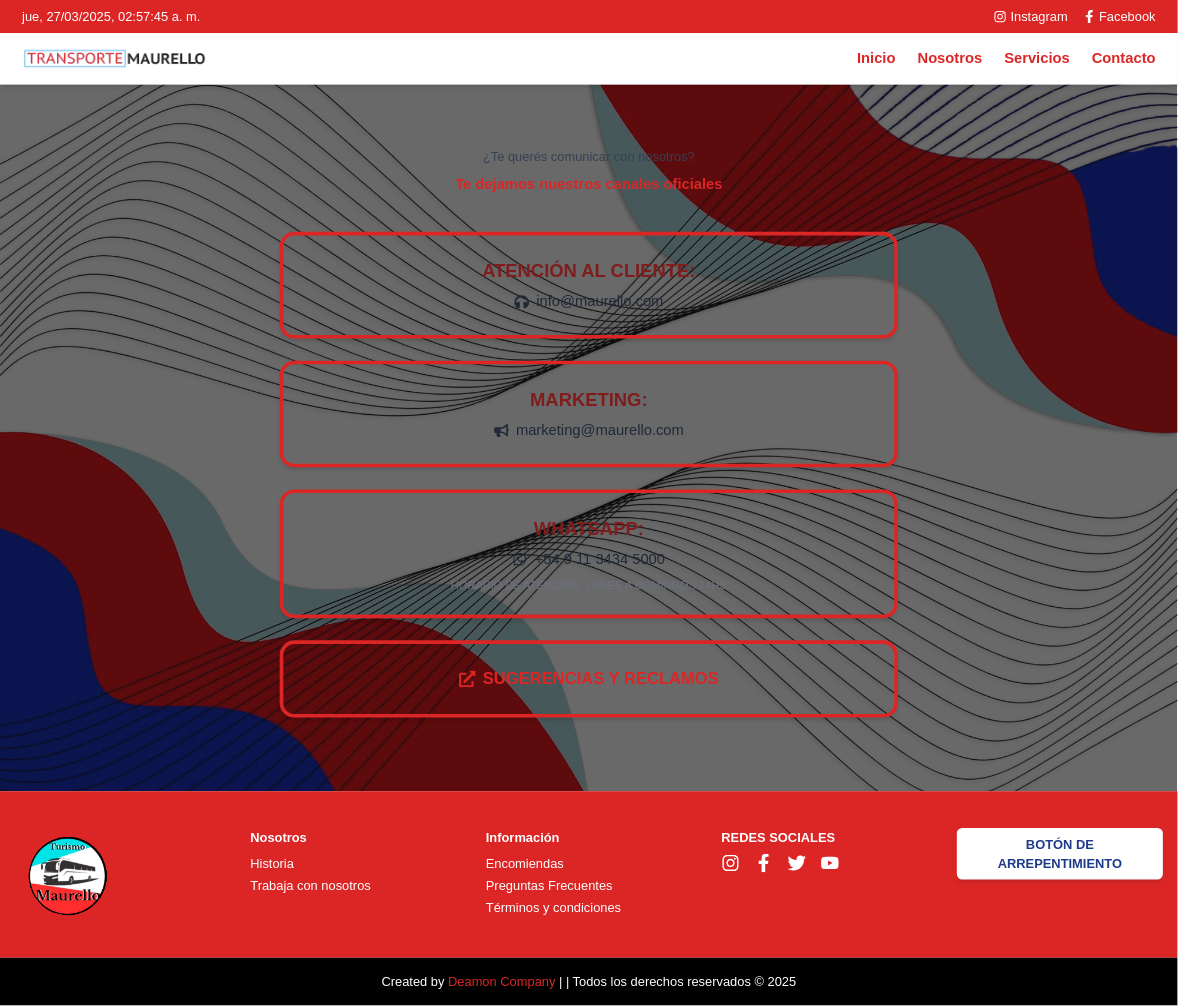
Repository: francoluca35/empresacolectivo
Page: /Contacto
These files come from the project's save history. The page is drawn as it stood at one moment and after the next save; the edit follows.
The browser window is 1280 px wide. The pictures show the whole page, at 92% of full size.
The project was rebuilt for these pictures with package versions that can differ from the ones it lists, and the page was loaded fresh each time. The framework's server and built-in components were replaced by stand-ins that run in the browser. Also part of the build but not shown: next.config.js, next.config.mjs.

Above is the page before, as saved 2025-03-27 03:06:36.

After the next save:
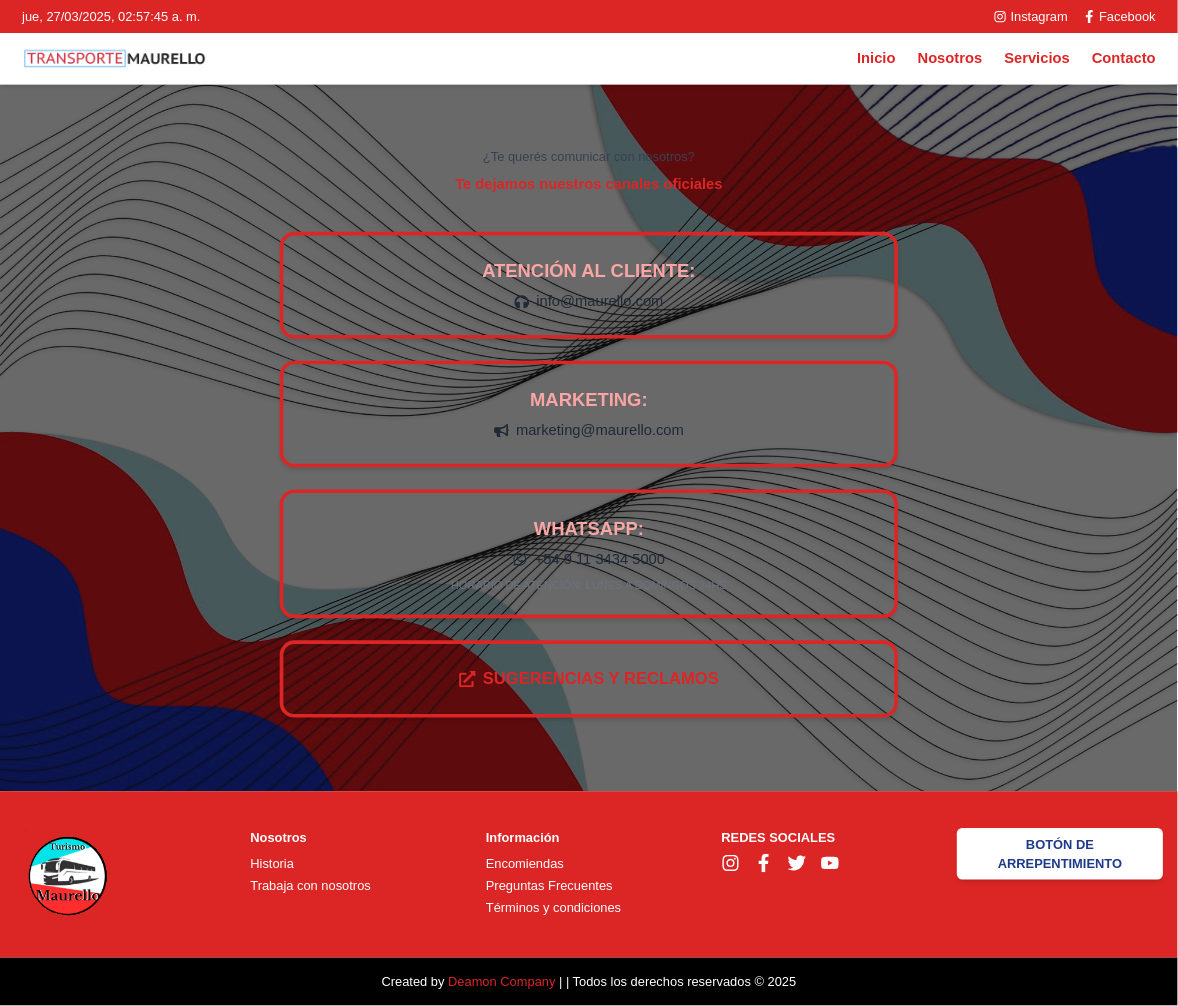
Saved 4 s later.
--- a/src/app/Contacto/page.js
+++ b/src/app/Contacto/page.js
@@ -24,7 +24,7 @@
       <div className="max-w-2xl mx-auto flex flex-col gap-6">
         {/* Atención al cliente */}
         <div className="border-4 border-red-600 rounded-2xl py-6 px-4 shadow-md hover:bg-white">
-          <h3 className="text-xl text-red-900 font-bold mb-2">ATENCIÓN AL CLIENTE:</h3>
+          <h3 className="text-xl text-red-300 font-bold mb-2">ATENCIÓN AL CLIENTE:</h3>
           <p className="text-gray-800 flex justify-center items-center gap-2">
             <FaHeadphones /> info@maurello.com
           </p>
@@ -32,7 +32,7 @@
 
         {/* Marketing */}
         <div className="border-4 border-red-600 rounded-2xl py-6 px-4 shadow-md hover:bg-white">
-          <h3 className="text-xl text-red-900 font-bold mb-2">MARKETING:</h3>
+          <h3 className="text-xl text-red-300 font-bold mb-2">MARKETING:</h3>
           <p className="text-gray-800 flex justify-center items-center gap-2">
             <FaBullhorn /> marketing@maurello.com
           </p>
@@ -40,7 +40,7 @@
 
         {/* WhatsApp */}
         <div className="border-4 border-red-600 rounded-2xl py-6 px-4 shadow-md hover:bg-white">
-          <h3 className="text-xl text-red-900 font-bold mb-2">WHATSAPP:</h3>
+          <h3 className="text-xl text-red-300 font-bold mb-2">WHATSAPP:</h3>
           <p className="text-gray-800 flex justify-center items-center gap-2 mb-2">
             <FaWhatsapp /> +54 9 11 3434 5000
           </p>
